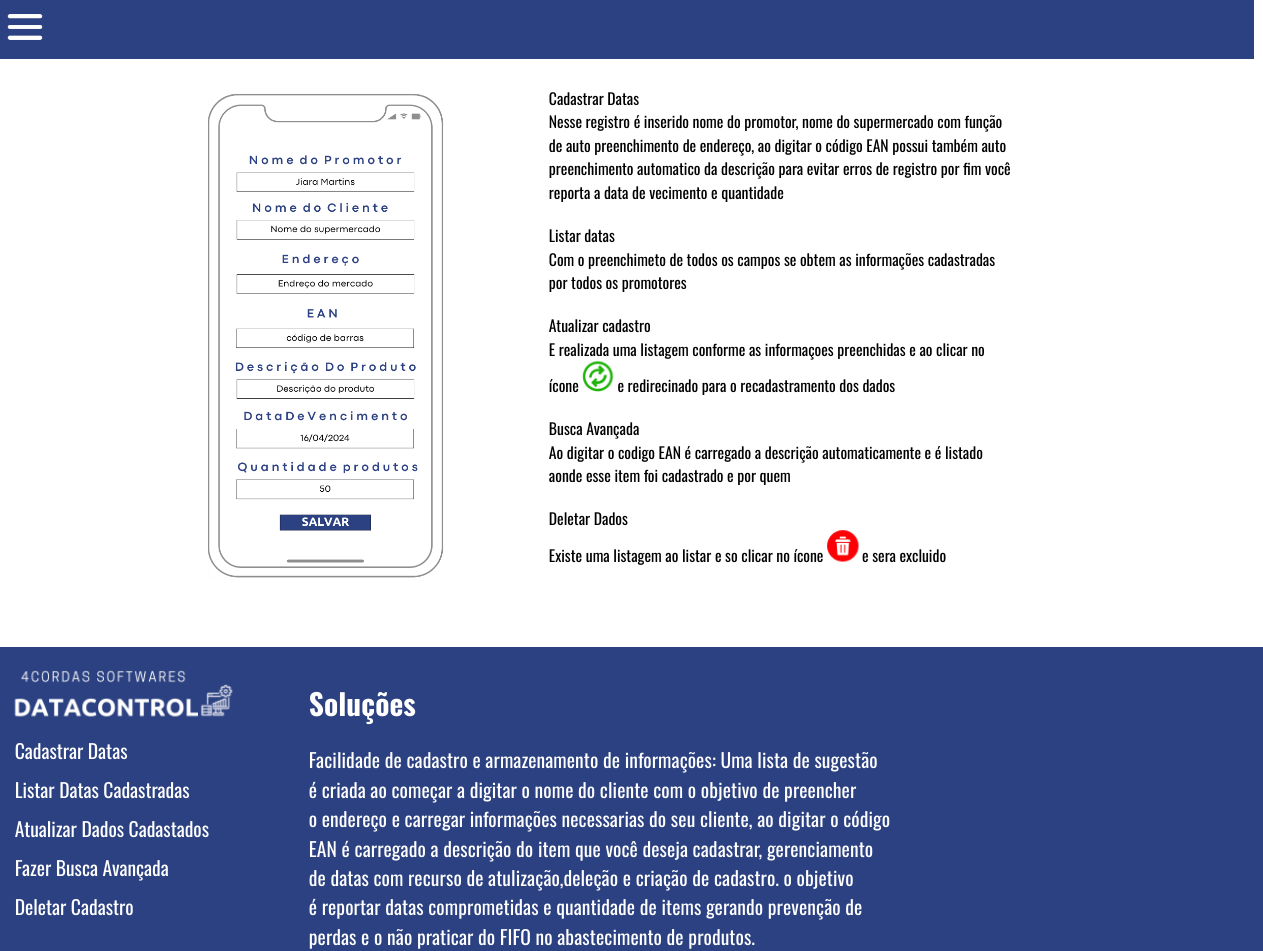
Repository: alfredo-allan/ControleDeDatasFrontEnd
Page: index.html
The author's editor kept a copy of each file at every save. The page is drawn from the files as they stood at one save, then again after a run of saves.
The browser window is 1280 px wide. The page is 1289 px wide, so the pictures cover 1289 px, including what lies to the right of the window. The pictures show the whole page, at 98% of full size.

Above is the page before, as saved 2024-04-30 14:41:00.
Console error: TypeError: Cannot read properties of null (reading 'addEventListener')

After the next 2 saves:
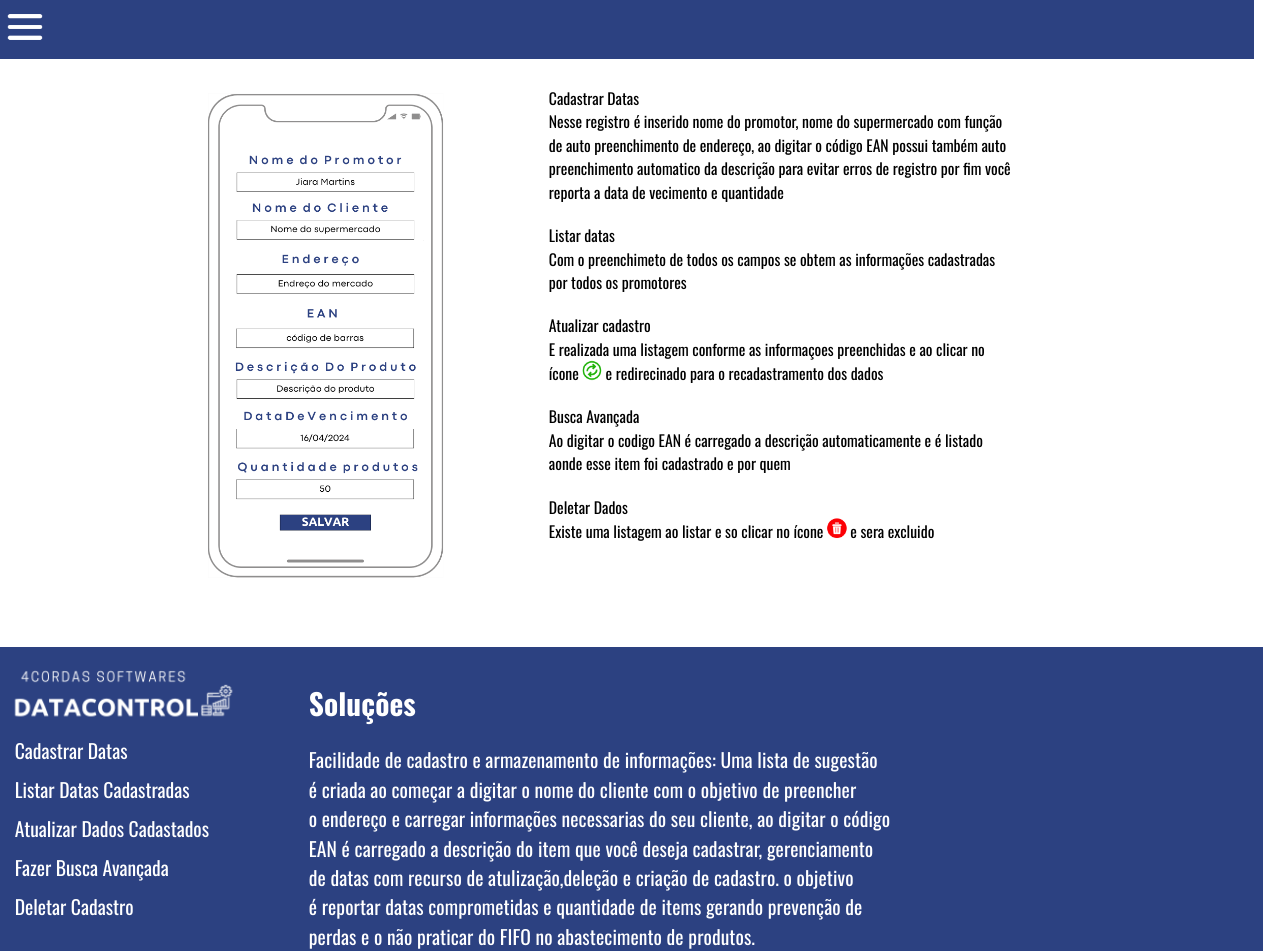
The 2 saves are shown as one change because they came seconds apart.
The last was saved 6 s later.
--- a/style/style.css
+++ b/style/style.css
@@ -457,6 +457,6 @@ button:focus {
     margin-bottom: 10;
   }
   img {
-    20
-  }
-}
+    width: 20px;
+  }
+}
